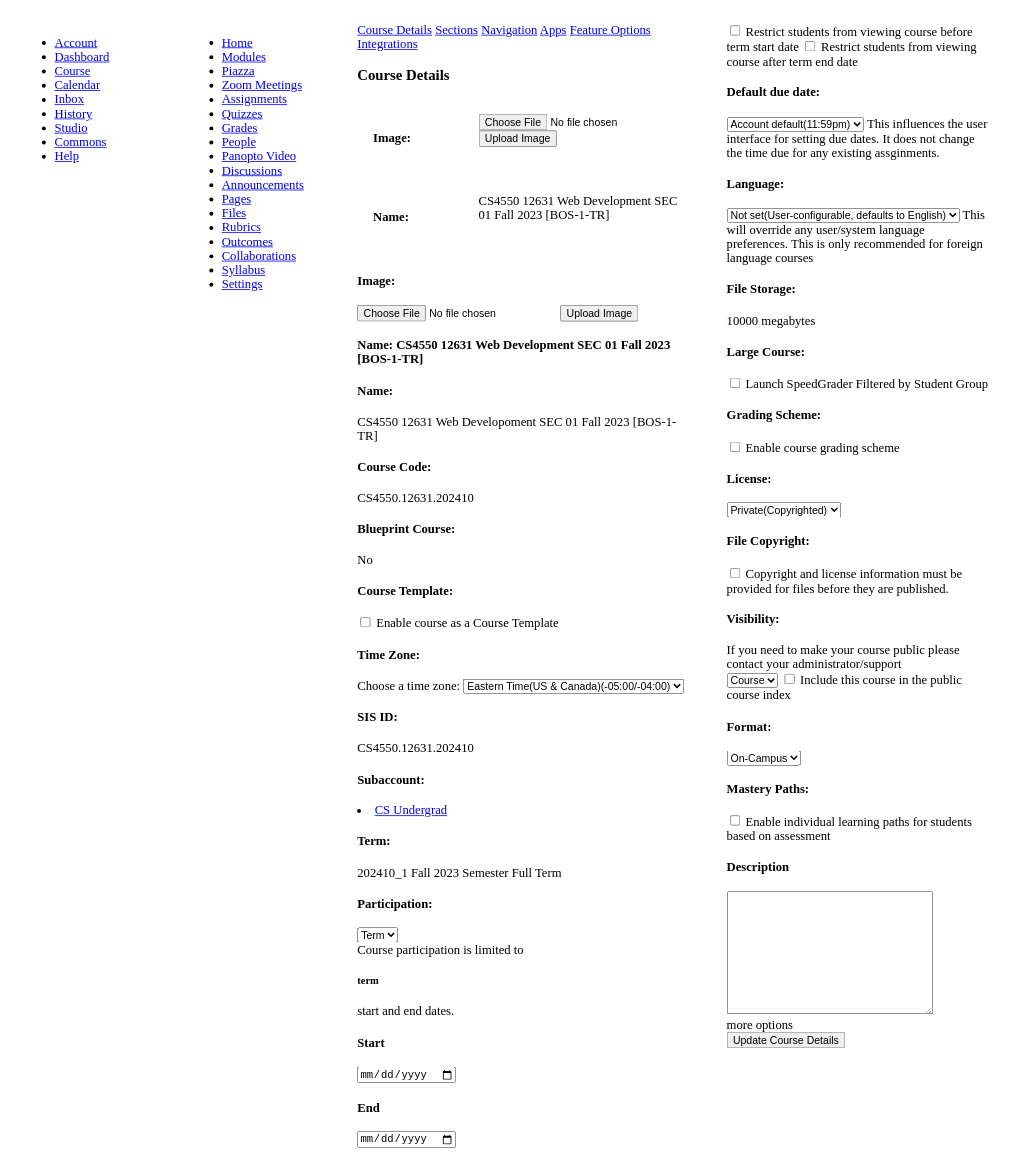
Repository: yuqiant/kanbas-react-web-app
Page: public/kanbas/coursesetting.html
An editor plug-in stored every save of this project. The page is shown before and after the next save, followed by the edit.
The browser window is 1280 px wide. The pictures show the whole page, at 79% of full size.

Above is the page before, as saved 2023-09-16 21:10:08.

### public/kanbas/coursesetting.html
<!DOCTYPE html>
<html lang="en">

<head>
    <meta charset="UTF-8">
    <meta name="viewport" content="width=device-width, initial-scale=1.0">
    <title>Column Interaction</title>
    <style>
        table {
            width: 100%;
            border-collapse: collapse;
        }

        td {
            width: 50%;
            border: 1px solid transparent;
            padding: 20px;
            vertical-align: top;
        }
    </style>
</head>

<body>
    <table>
        <tr>
            <td id="firstColumn" style="width: 150px;">
                <ul>
                    <li><a href="#">Account</a></li>
                    <li><a href="#">Dashboard</a></li>
                    <li><a href="#" onclick="showSecondColumn()">Course</a></li>
                    <li><a href="#">Calendar</a></li>
                    <li><a href="#">Inbox</a></li>
                    <li><a href="#">History</a></li>
                    <li><a href="#">Studio</a></li>
                    <li><a href="#">Commons</a></li>
                    <li><a href="#">Help</a></li>
                </ul>
            </td>
            <td id="secondColumn" style="width: 150px;">
                <ul>
                    <li><a href="#">Home</a></li>
                    <li><a href="#">Modules</a></li>
                    <li><a href="#">Piazza</a></li>
                    <li><a href="#">Zoom Meetings</a></li>
                    <li><a href="#">Assignments</a></li>
                    <li><a href="#">Quizzes</a></li>
                    <li><a href="#">Grades</a></li>
                    <li><a href="#">People</a></li>
                    <li><a href="#">Panopto Video</a></li>
                    <li><a href="#">Discussions</a></li>
                    <li><a href="#">Announcements</a></li>
                    <li><a href="#">Pages</a></li>
                    <li><a href="#">Files</a></li>
                    <li><a href="#">Rubrics</a></li>
                    <li><a href="#">Outcomes</a></li>
                    <li><a href="#">Collaborations</a></li>
                    <li><a href="#">Syllabus</a></li>
                    <li><a href="#">Settings</a></li>
                </ul>
            </td>
            <td id="thirdColumn" style="width: 250px;">
                <a href="#">Course Details</a>
                <a href="#">Sections</a>
                <a href="#">Navigation</a>
                <a href="#">Apps</a>
                <a href="#">Feature Options</a>
                <a href="#">Integrations</a>
                <h3>Course Details</h3>

                <table cellspacing="0" cellpadding="5" style="border-collapse: collapse;">
                    <tr>
                        <td style="border: none;">
                            <h4>Image:</h4>
                        </td>
                        <td style="border: none;">
                            <form action="/upload_endpoint" method="post" enctype="multipart/form-data">
                                <input type="file" name="fileToUpload" id="fileToUpload" accept="image/*">
                                <input type="submit" value="Upload Image">
                            </form>
                        </td>
                    </tr>
                    <tr>
                        <td style="border: none;">
                            <h4>Name:</h4>
                        </td>
                        <td style="border: none;">
                            CS4550 12631 Web Development SEC 01 Fall 2023 [BOS-1-TR]
                        </td>
                    </tr>
                </table>




                <h4>Image:</h4>
                <form action="/upload_endpoint" method="post" enctype="multipart/form-data">
                    <input type="file" name="fileToUpload" id="fileToUpload" accept="image/*">
                    <input type="submit" value="Upload Image">
                </form>

                <h4><span>Name:</span> CS4550 12631 Web Development SEC 01 Fall 2023 [BOS-1-TR]</h4>

                <h4>Name:</h4>
                CS4550 12631 Web Developoment SEC 01 Fall 2023 [BOS-1-TR]

                <h4>Course Code:</h4>
                CS4550.12631.202410

                <h4>Blueprint Course:</h4> No

                <h4>Course Template:</h4>
                <form>
                    <label>
                        <input type="checkbox" name="templateChoice" value="template1"> Enable course as a Course
                        Template
                    </label>
                </form>

                <h4>Time Zone:</h4>
                <label for="timezone">Choose a time zone:</label>
                <select id="timezone" name="timezone">
                    <option value="EST">Eastern Time(US & Canada)(-05:00/-04:00)</option>

                </select>

                <h4>SIS ID:</h4>
                <div>CS4550.12631.202410</div>

                <h4>Subaccount:</h4>
                <li><a href="#">CS Undergrad</a></li>

                <h4>Term:</h4>
                <div>202410_1 Fall 2023 Semester Full Term</div>

                <h4>Participation:</h4>
                <select id="term" name="term">
                    <option value="Term">Term</option>
                </select>
                <div>Course participation is limited to <h5>term</h5> start and end dates.</div>
                <h4>Start</h4>
                <input type="date" id="text-fields-dob" /><br />

                <h4>End</h4>
                <input type="date" id="text-fields-dob" /><br />

            </td>
            <td id="fourthColumn" style="width: 250px;">
                <input type="checkbox" value="startdate" name="check-date" id="chkbox-startdate" />
                <label for="chkbox-startdate">Restrict students from viewing course before term start date</label>
                <input type="checkbox" value="enddate" name="check-date" id="chkbox-enddate" />
                <label for="chkbox-enddate">Restrict students from viewing course after term end date</label>

                <h4>Default due date:</h4>
                <select id="time" name="time">
                    <option value="Time">Account default(11:59pm)</option>
                </select>
                This influences the user interface for setting due dates. It does not change the time due for any
                existing assginments.

                <h4>Language:</h4>
                <select id="language" name="language">
                    <option value="Language">Not set(User-configurable, defaults to English)</option>
                </select>
                This will override any user/system language preferences. This is only recommended for foreign language
                courses

                <h4>File Storage:</h4>
                <div>10000 megabytes</div>

                <h4>Large Course:</h4>
                <input type="checkbox" value="largecourse" name="check-largecourse" id="chkbox-largecourse" />
                <label for="chkbox-largecourse">Launch SpeedGrader Filtered by Student Group</label>

                <h4>Grading Scheme:</h4>
                <input type="checkbox" value="gradingscheme" name="check-gradingscheme" id="chkbox-gradingscheme" />
                <label for="chkbox-gradingscheme">Enable course grading scheme</label>

                <h4>License:</h4>
                <select id="license" name="license">
                    <option value="license">Private(Copyrighted)</option>
                </select>

                <h4>File Copyright:</h4>
                <input type="checkbox" value="filecopyright" name="check-filecopyright" id="chkbox-filecopyright" />
                <label for="chkbox-filecopyright">Copyright and license information must be provided for files before
                    they are published.</label>

                <h4>Visibility:</h4>
                <div>If you need to make your course public please contact your administrator/support</div>
                <select id="visibilty" name="visibilty">
                    <option value="visibilty">Course</option>
                </select>
                <input type="checkbox" value="publiccourse" name="check-publiccourse" id="chkbox-publiccourse" />
                <label for="chkbox-publiccourse">Include this course in the public course index</label>

                <h4>Format:</h4>
                <select id="format" name="format">
                    <option value="format">On-Campus</option>
                </select>

                <h4>Mastery Paths:</h4>
                <input type="checkbox" value="masterypaths" name="check-masterypaths" id="chkbox-masterypaths" />
                <label for="chkbox-masterypaths">Enable individual learning paths for students based on
                    assessment</label>

                <h4>Description</h4>
                <form id="textarea">

                    <textarea cols="30" rows="10"></textarea>
                </form>

                <div><a herf="#">more options</a></div>

                <button type="button">Update Course Details</button>



            </td>
        </tr>
    </table>

</body>

</html>

After the next save:
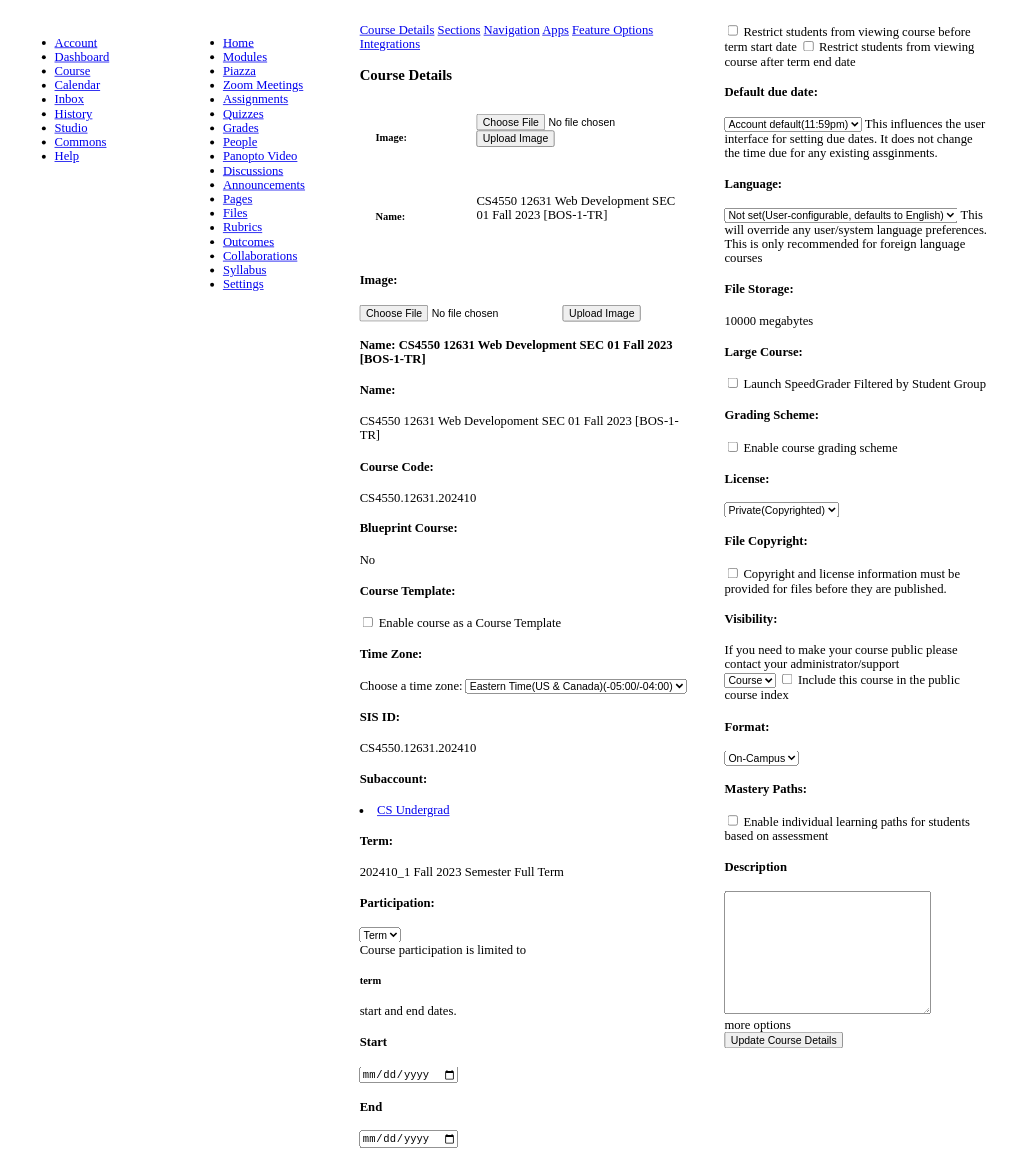
Saved 119 s later.
--- a/public/kanbas/coursesetting.html
+++ b/public/kanbas/coursesetting.html
@@ -70,7 +70,7 @@
                 <table cellspacing="0" cellpadding="5" style="border-collapse: collapse;">
                     <tr>
                         <td style="border: none;">
-                            <h4>Image:</h4>
+                            <h5>Image:</h5>
                         </td>
                         <td style="border: none;">
                             <form action="/upload_endpoint" method="post" enctype="multipart/form-data">
@@ -81,7 +81,7 @@
                     </tr>
                     <tr>
                         <td style="border: none;">
-                            <h4>Name:</h4>
+                            <h5>Name:</h5>
                         </td>
                         <td style="border: none;">
                             CS4550 12631 Web Development SEC 01 Fall 2023 [BOS-1-TR]
